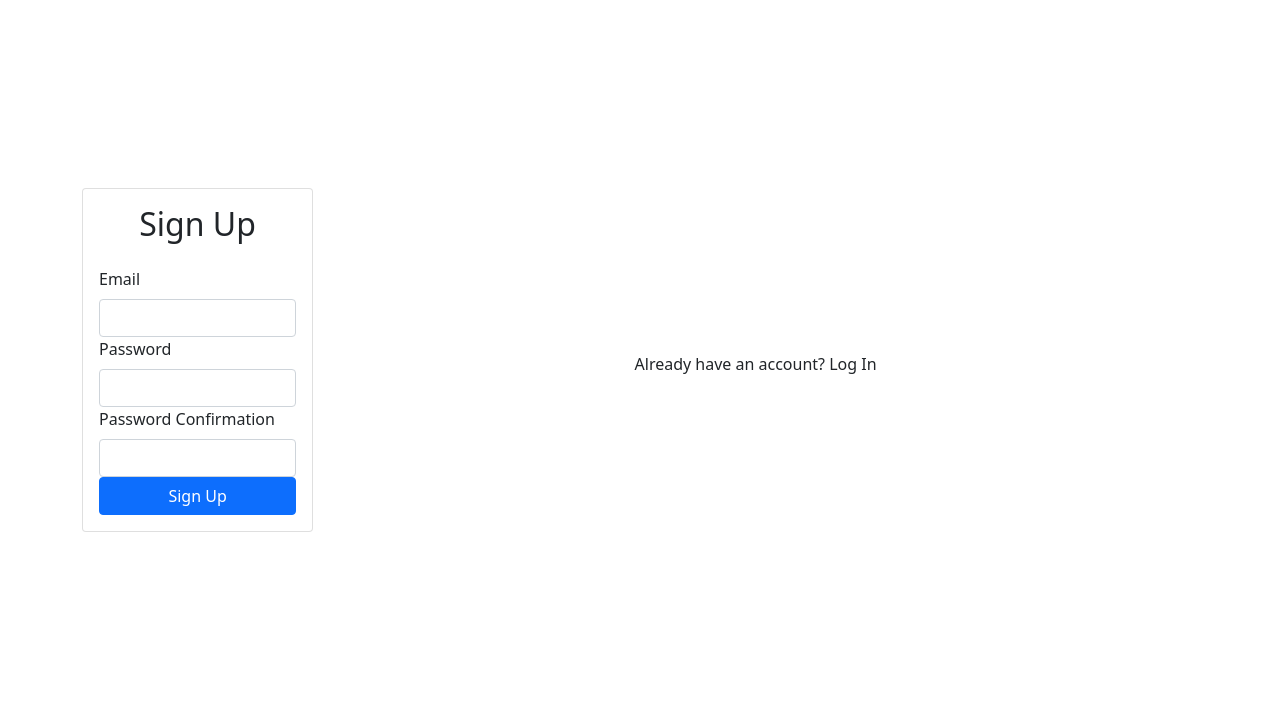
Repository: castilla-aurela/firebase-react-auth
Page: /
These files come from the project's save history. The page is drawn as it stood at one moment and after the next save; the edit follows.
The browser window is 1280 px wide. The pictures show the whole page.
The project was rebuilt for these pictures with package versions that can differ from the ones it lists, and the page was loaded fresh each time.

Above is the page before, as saved 2021-10-03 16:22:34.

After the next save:
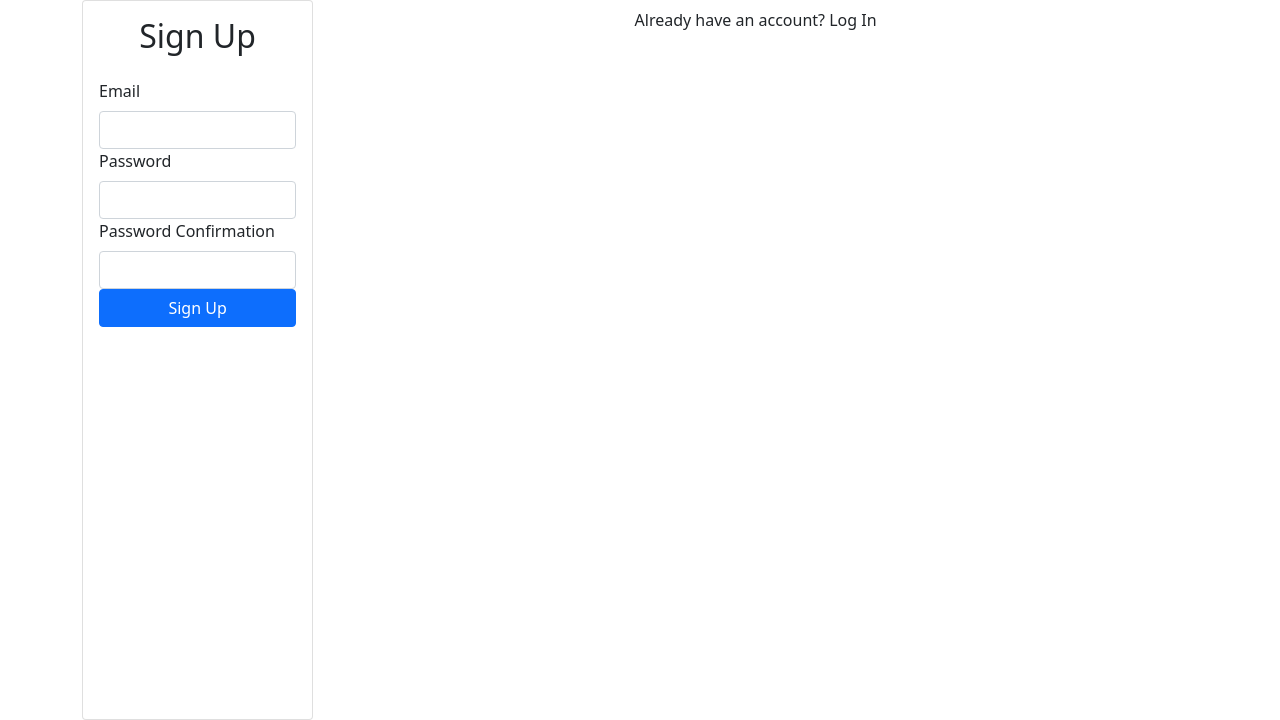
Saved 2 min 10 s later.
--- a/src/components/App.js
+++ b/src/components/App.js
@@ -4,7 +4,7 @@
 
 function App() {
   return (
-    <Container className = "d-flex align-items-center justify-content-center"
+    <Container className = "d-flex align-middle justify-content-center"
     style={{minHeight: "100vh"}}
     >
       <Signup />

After the save that followed:
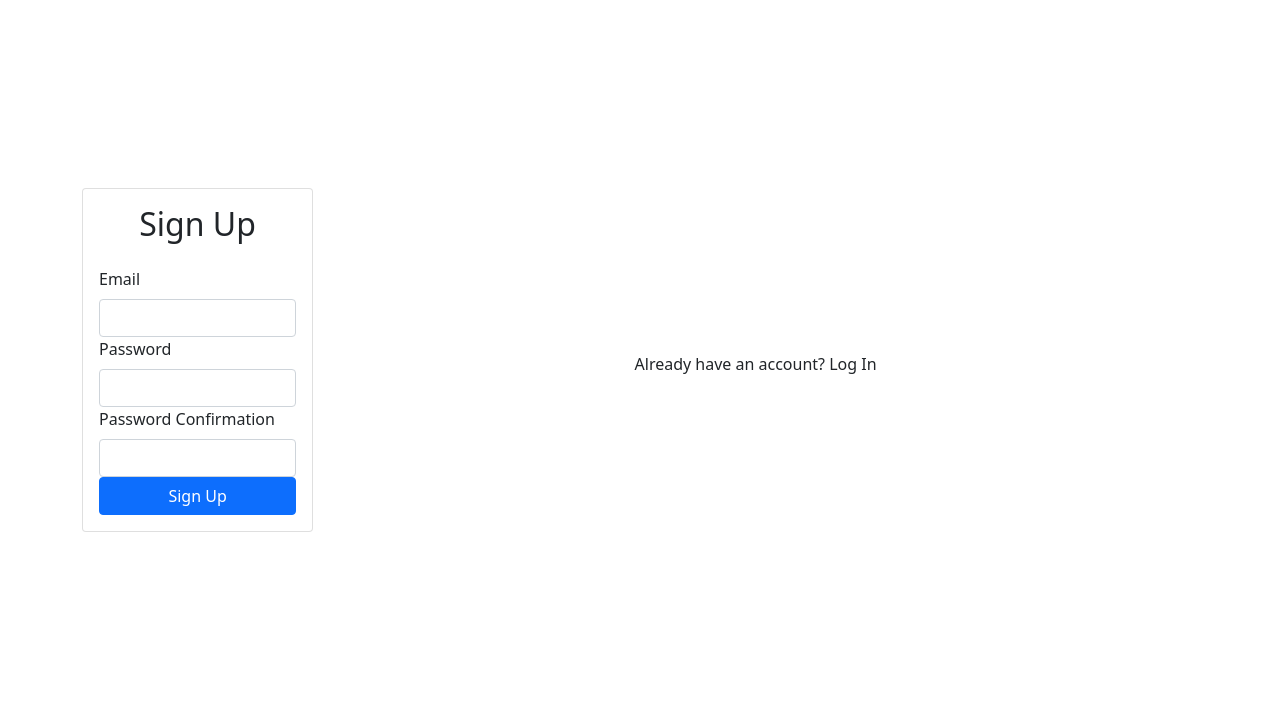
Saved 32 s later.
--- a/src/components/App.js
+++ b/src/components/App.js
@@ -4,7 +4,7 @@
 
 function App() {
   return (
-    <Container className = "d-flex align-middle justify-content-center"
+    <Container className = "d-flex align-items-center justify-content-center"
     style={{minHeight: "100vh"}}
     >
       <Signup />
